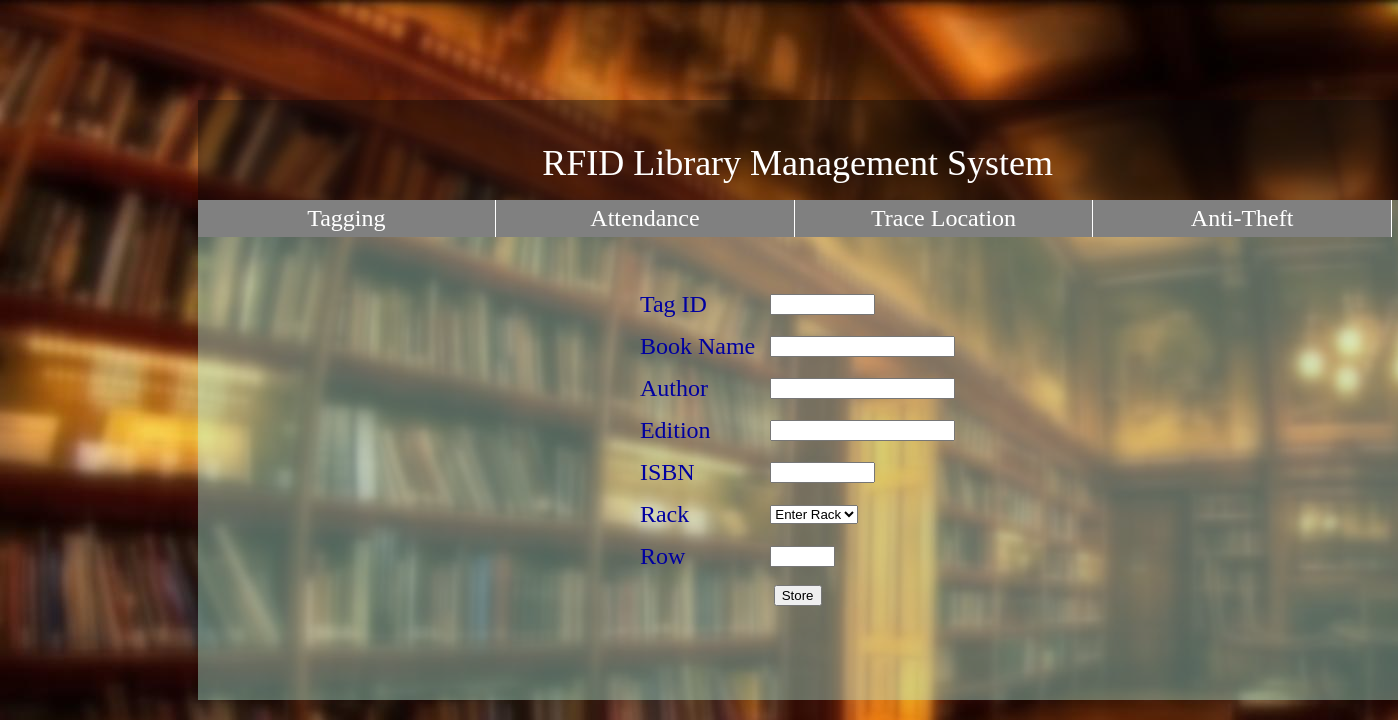
Repository: vigineshs/A-Smart-Data-Analyzer-for-Library-Management-System
Page: http://localhost/librarymgmt/tag.jsp
The author's editor kept a copy of each file at every save. The page is drawn from the files as they stood at one save, then again after the next save.
The browser window is 1280 px wide. The page is 1398 px wide, so the pictures cover 1398 px, including what lies to the right of the window. The pictures show the whole page.
The page is served by Tomcat 9.

Above is the page before, as saved 2013-02-11 16:04:53.

After the next save:
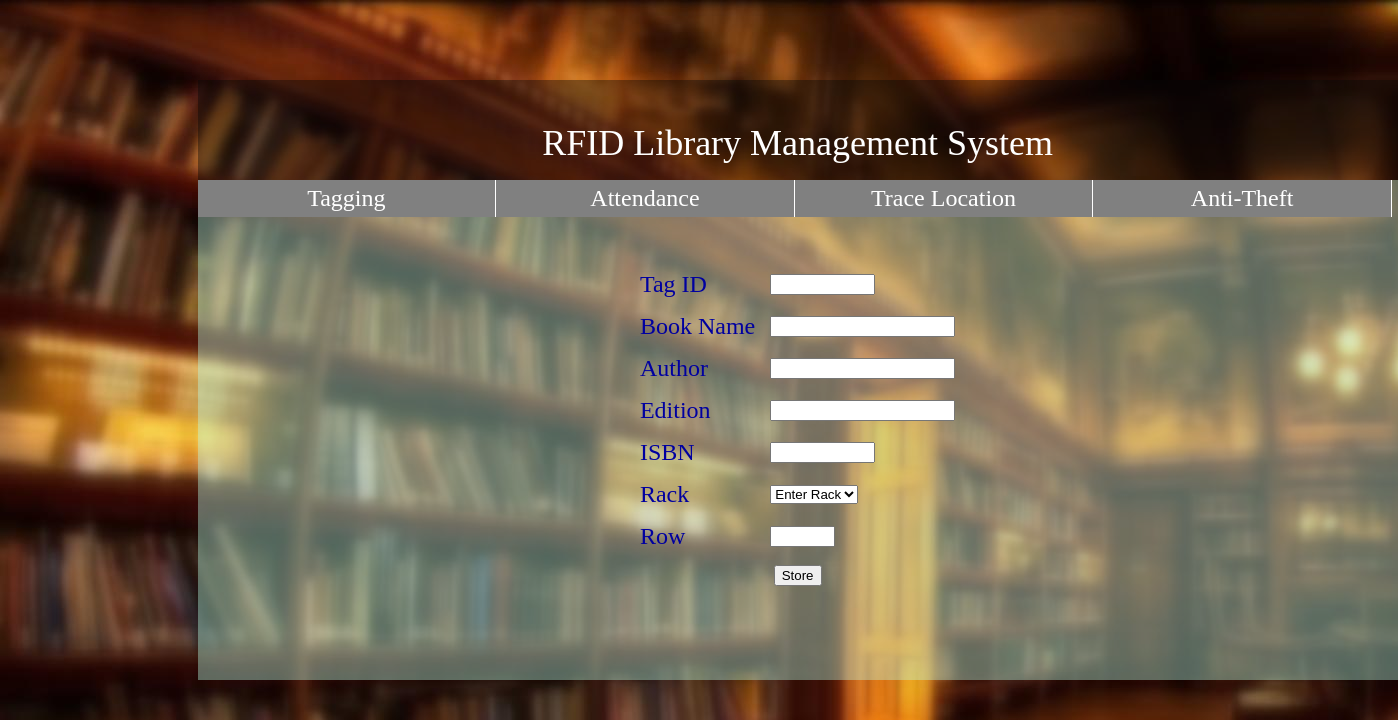
Saved 28 s later.
--- a/PassiveRFID/CS203-Version 1.0.6/Demo Applications/Dot Net C#/Demo Applications Source Code/RFID/librarymgmt/WebContent/page.css
+++ b/PassiveRFID/CS203-Version 1.0.6/Demo Applications/Dot Net C#/Demo Applications Source Code/RFID/librarymgmt/WebContent/page.css
@@ -69,7 +69,7 @@ color:white;
 height:100px;
 text-align:center;
 float:center;
-margin-top:100px;
+margin-top:80px;
 }
 
 #content
